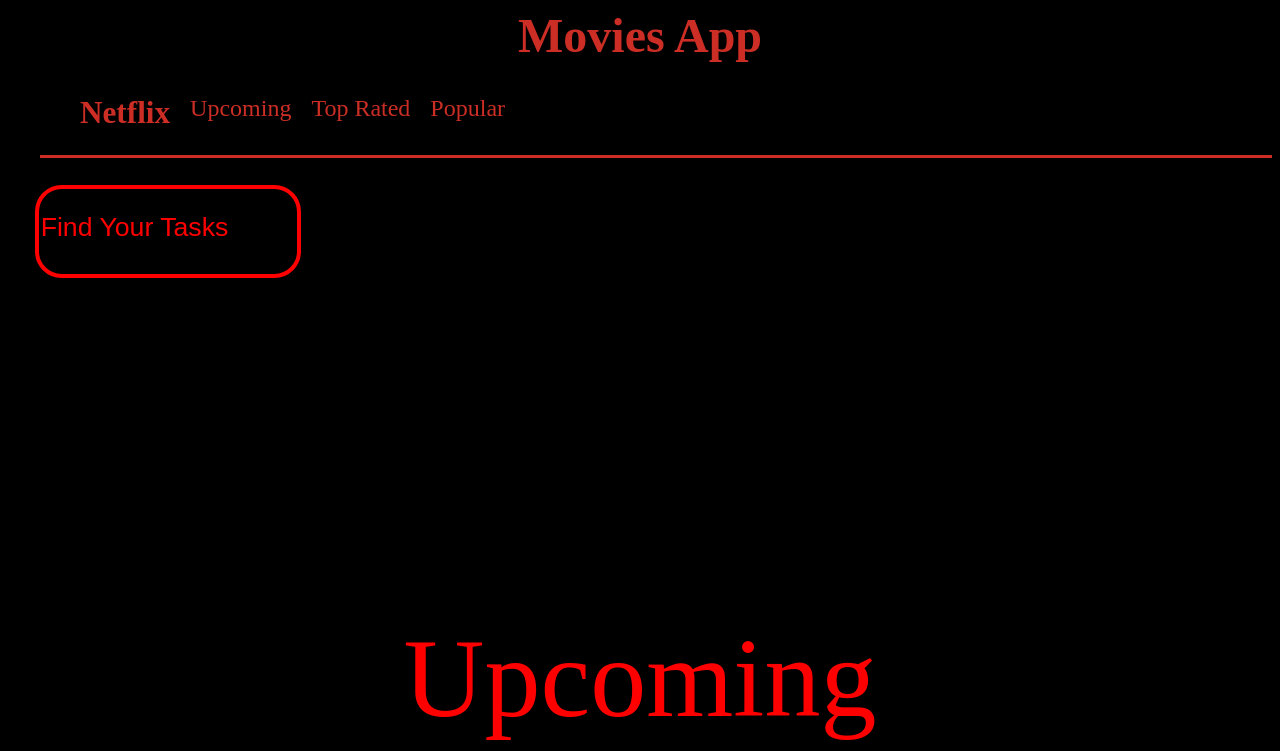
Repository: runner855/movie-app
Page: /
The author's editor kept a copy of each file at every save. The page is drawn from the files as they stood at one save, then again after the next save.
The browser window is 1280 px wide. The pictures show the whole page.
The project was rebuilt for these pictures with package versions that can differ from the ones it lists, and the page was loaded fresh each time. Also part of the build but not shown: src/styles/TopRated.css, src/components/TopRated.tsx, src/styles/Popular.css, src/components/Popular.tsx.

Above is the page before, as saved 2022-11-16 17:37:20.

After the next save:
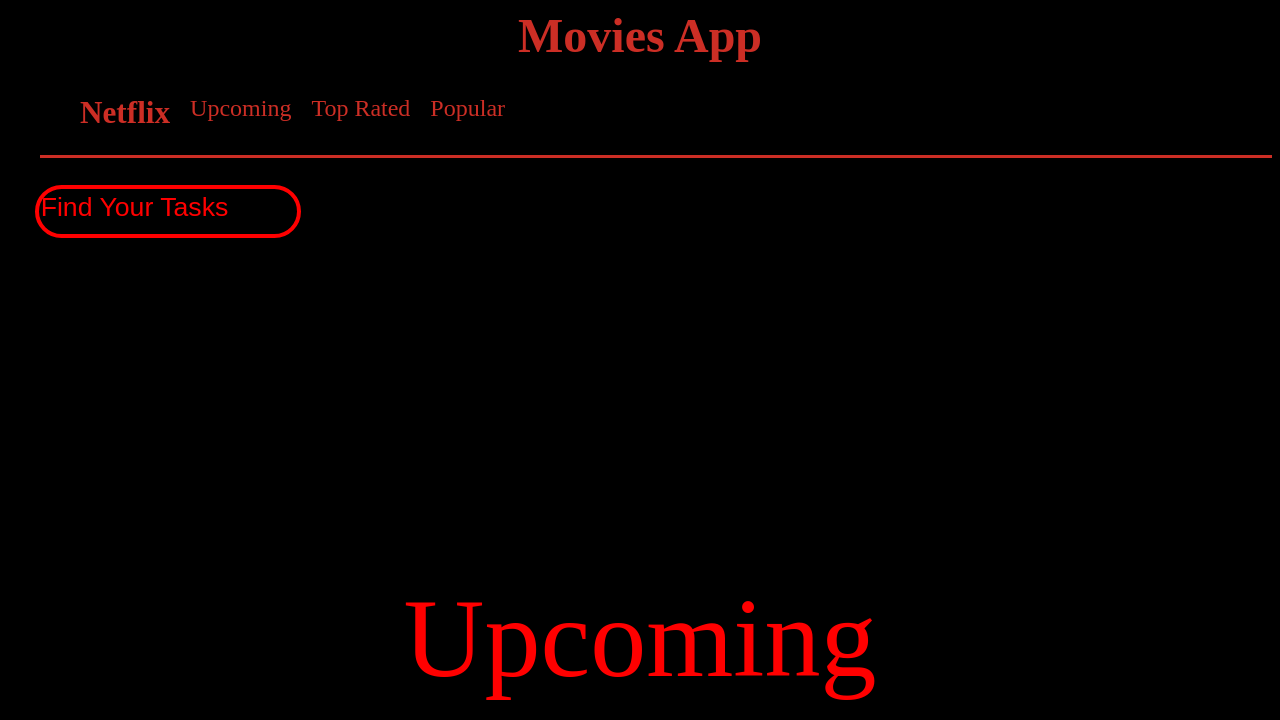
Saved 4 s later.
--- a/src/styles/MoviesFilter.css
+++ b/src/styles/MoviesFilter.css
@@ -8,7 +8,7 @@
   border-radius: 2em;
   background-color: #0000;
   width: 20em;
-  height: 7em;
+  height: 4em;
 }
 
 input::placeholder {
